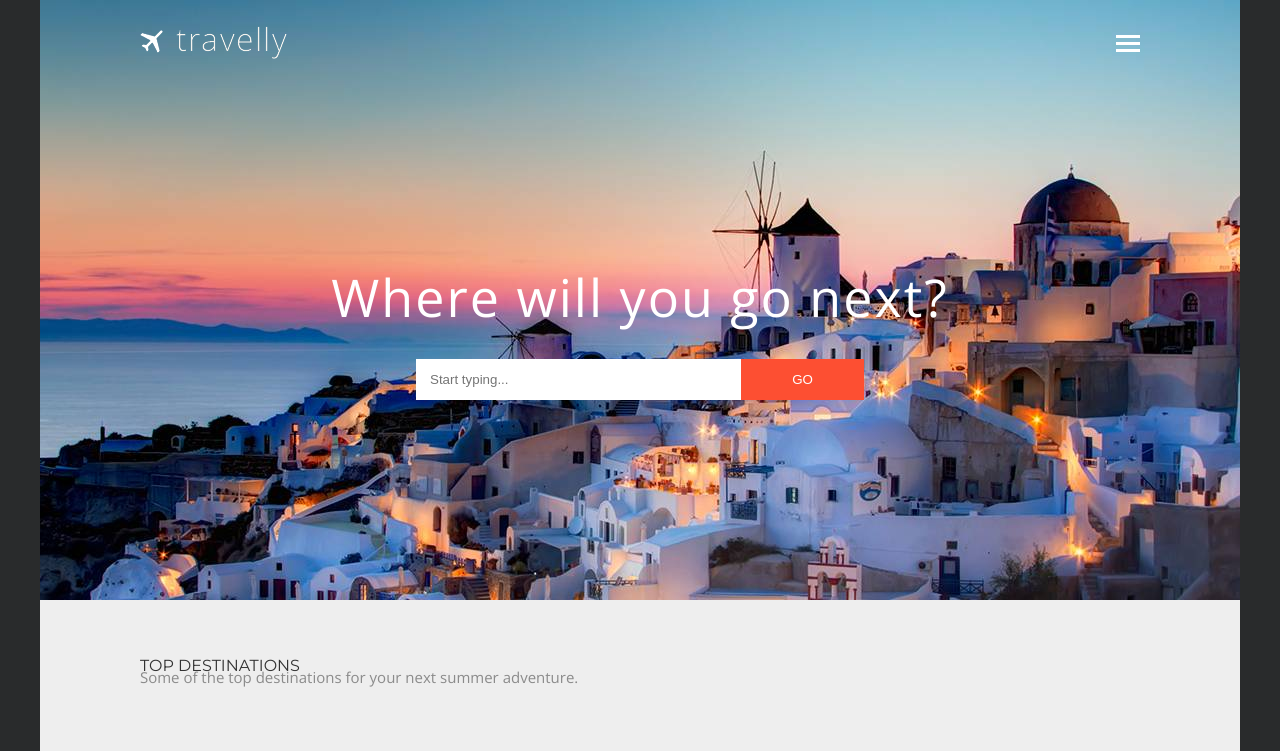
Repository: YusifHasanov/Web-Page-Template
Page: index.html
An editor plug-in stored every save of this project. The page is shown before and after the next save, followed by the edit.
The browser window is 1280 px wide. The pictures show the whole page.

Above is the page before, as saved 2021-12-05 21:14:43.

After the next save:
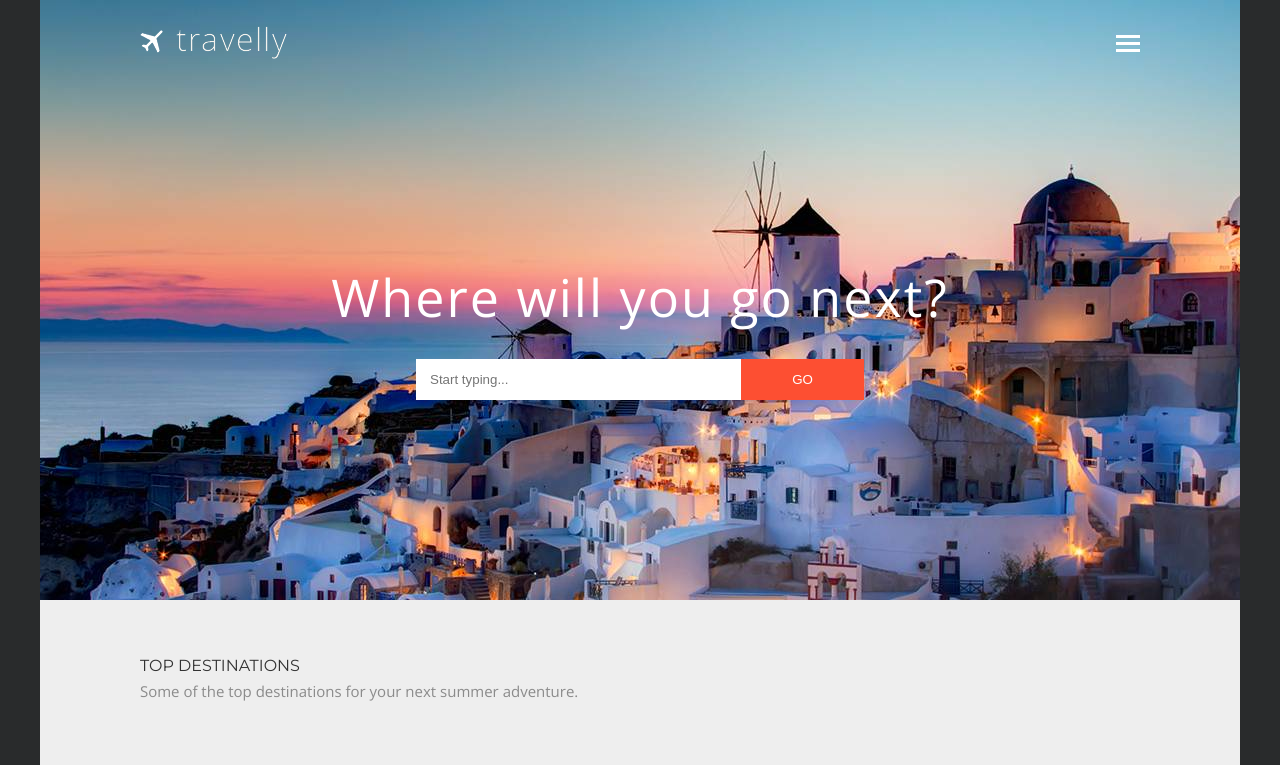
Saved 35 s later.
--- a/css/style.css
+++ b/css/style.css
@@ -103,4 +103,5 @@ button[type='submit'] {
   font-weight: 400;
   font-family: 'Open Sans', sans-serif;
   line-height: 10px;
+  margin-top: 14px;
 }
